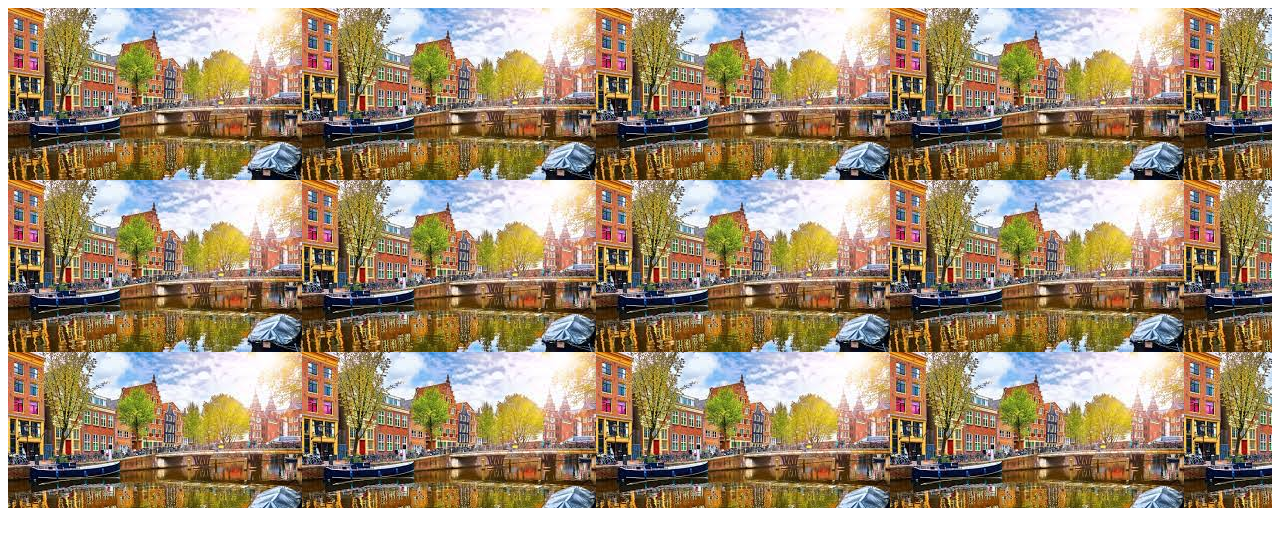
Repository: AytacSafarova/TAsk-11
Page: index.html
These files come from the project's save history. The page is drawn as it stood at one moment and after the next save; the edit follows.
The browser window is 1280 px wide. The pictures show the whole page.

Above is the page before, as saved 2023-08-31 16:50:41.

After the next save:
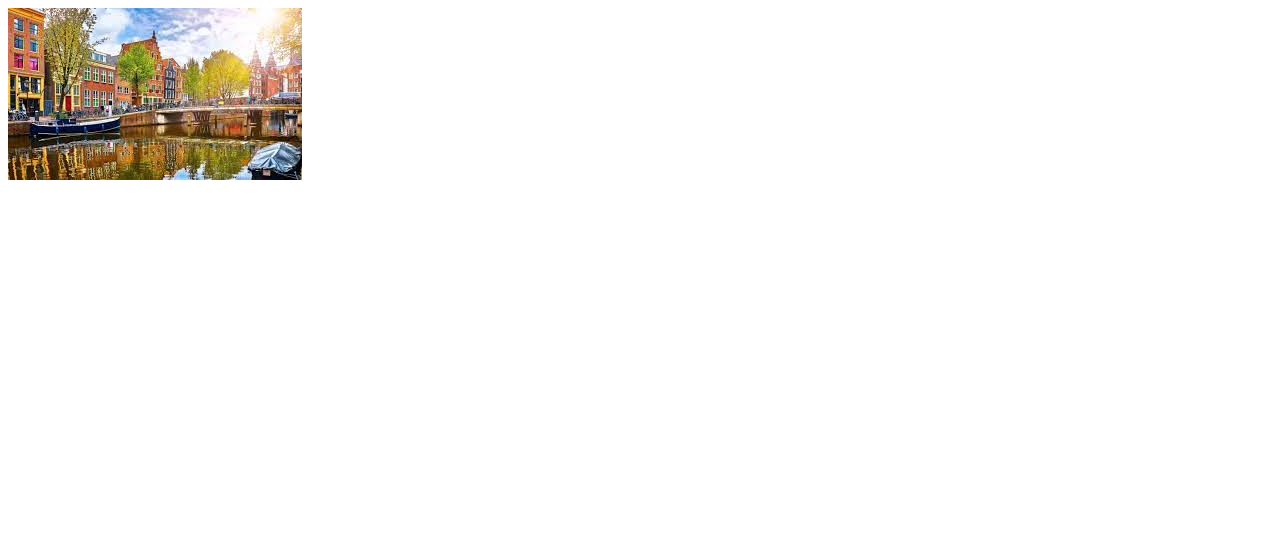
Saved 4 s later.
--- a/index.html
+++ b/index.html
@@ -9,7 +9,7 @@
     .container{
         background-image: url('./download\ \(1\).jfif');
         height: 500px;
-        background-repeat: ;
+        background-repeat: no-repeat;
     }
 </style>
 <body>
